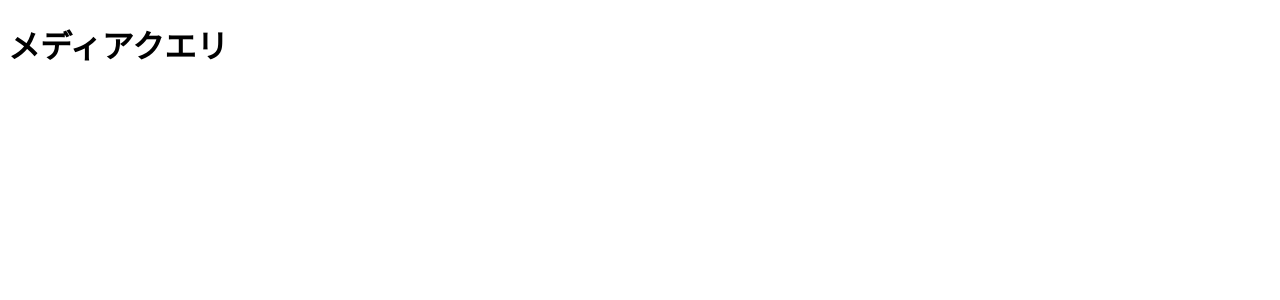
Repository: hayatesan8810/samurai_HTML-CSS
Page: index.html
The author's editor kept a record of every edit. The page is drawn from the files as they stood at one moment, then again after the next edit.
The browser window is 1280 px wide. The pictures show the whole page.

Above is the page before.

### index.html
<!DOCTYPE html>
<html>
    <head>
        <meta name="viewport" content="width=device-widht, initial-scale=1">
        <style>
        .media{
            background-color:blue;
        }
        @media screen and (min-width:480px){
            .madia{
                background-color: red;
            }
        }

        @media screen and (min-width: 640px){
            .media{
                background-color:green;
            }
        }
        </style>
    </head>
    <body>
        <div>
        <h1>メディアクエリ</h1>
        </div>
    </body>
</html>

After the next edit:
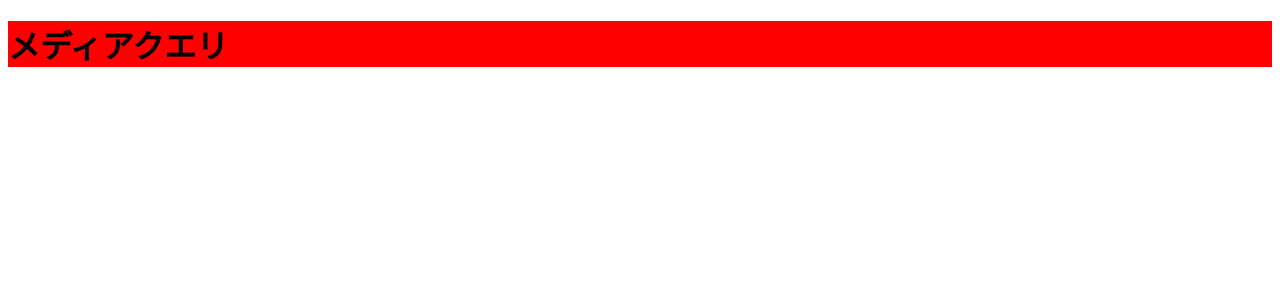
The edit:
--- a/index.html
+++ b/index.html
@@ -20,7 +20,7 @@
         </style>
     </head>
     <body>
-        <div>
+        <div class="madia">
         <h1>メディアクエリ</h1>
         </div>
     </body>
